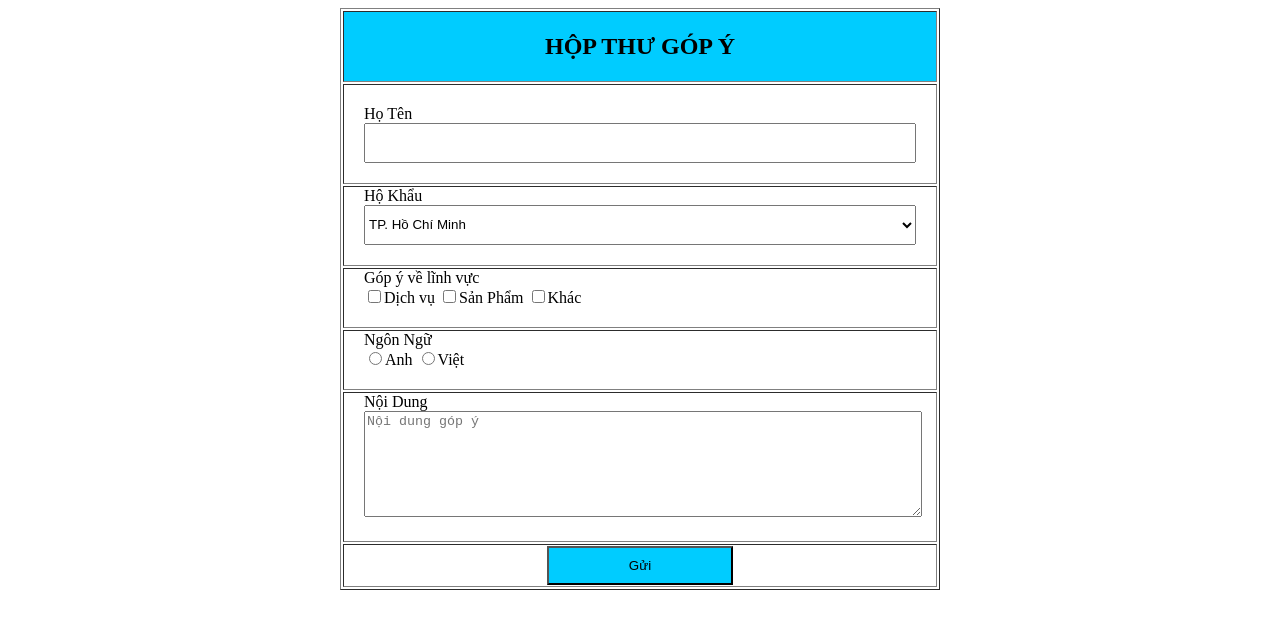
Repository: Tan-Khang21/TH_TKW--Buoi_04
Page: Bai_Tap_Ve_Nha/Bai_02/form8.html
The author's editor kept a copy of each file at every save. The page is drawn from the files as they stood at one save, then again after the next save.
The browser window is 1280 px wide. The pictures show the whole page.

Above is the page before, as saved 2024-03-07 16:42:15.

After the next save:
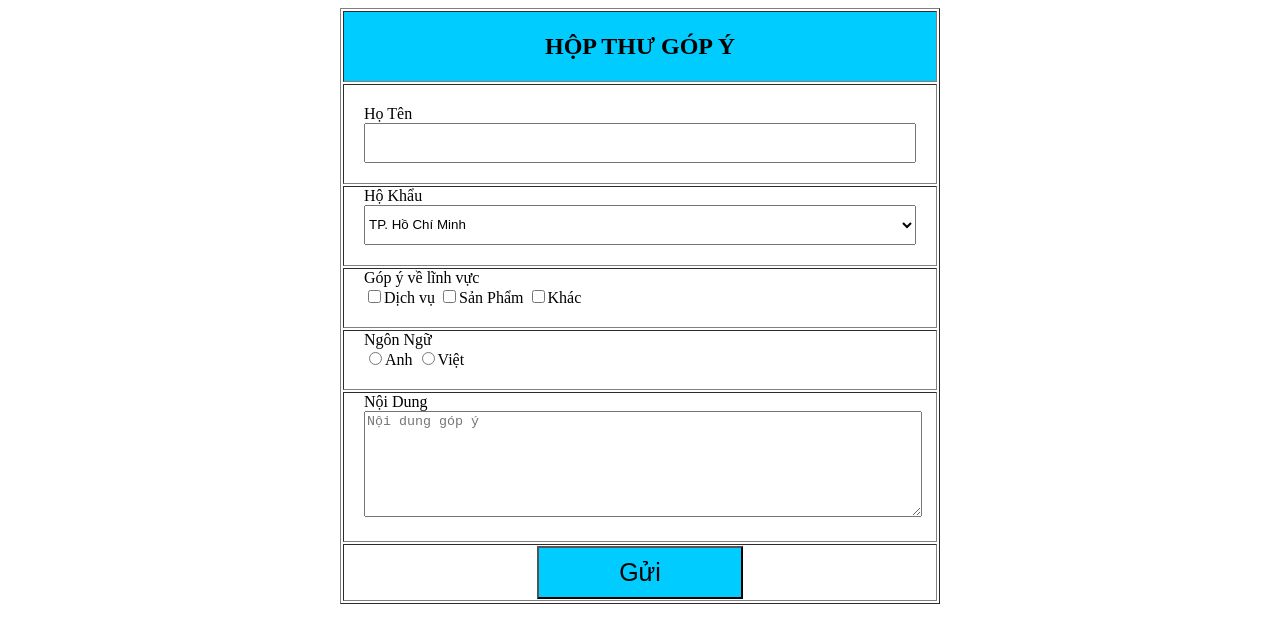
Saved 25 s later.
--- a/Bai_Tap_Ve_Nha/Bai_02/form8.html
+++ b/Bai_Tap_Ve_Nha/Bai_02/form8.html
@@ -58,7 +58,7 @@
       </tr>
       <tr>
         <th>
-            <input type="button" value="Gửi" style="background-color:#00ccff; padding: 10px 80px;">
+            <input type="button" value="Gửi" style="background-color:#00ccff; padding: 10px 80px; font-size: 25px;">
         </th>
       </tr>
 </table>
